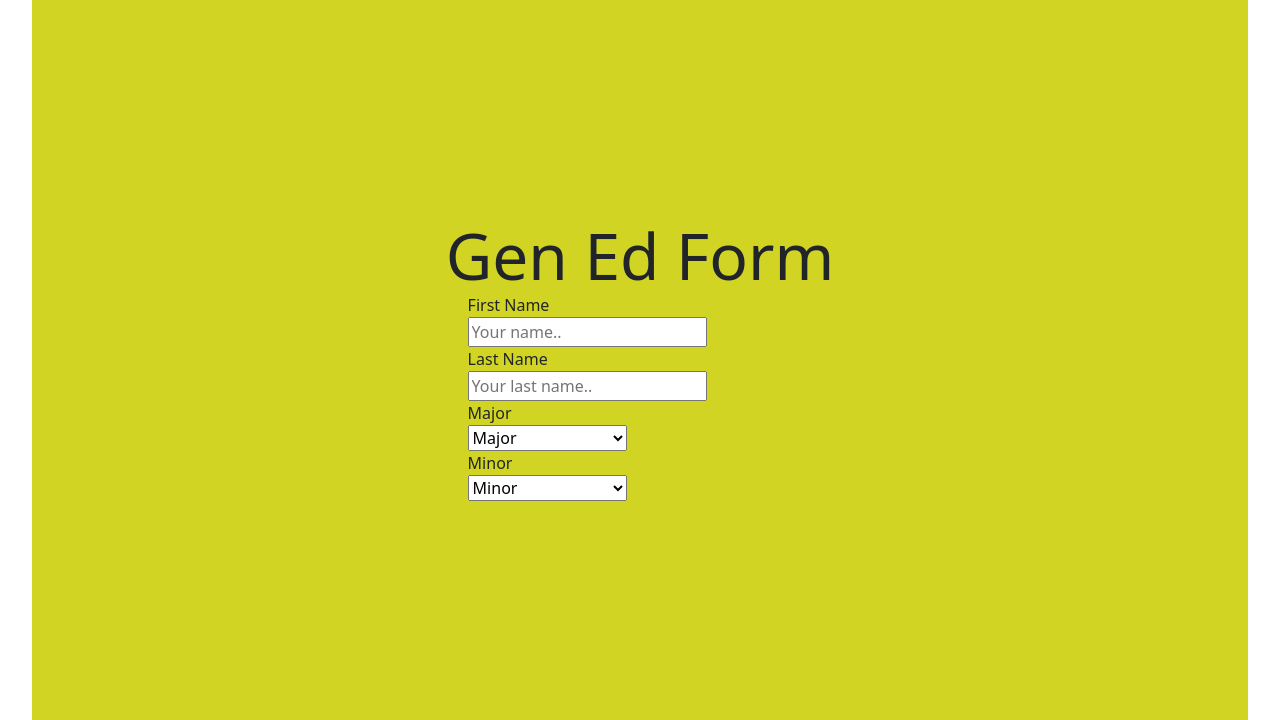
Repository: collegedude9300/zenschool
Page: /GenEd
An editor plug-in stored every save of this project. The page is shown before and after the next save, followed by the edit.
The browser window is 1280 px wide. The pictures show the whole page.
The project was rebuilt for these pictures with package versions that can differ from the ones it lists, and the page was loaded fresh each time. The framework's server and built-in components were replaced by stand-ins that run in the browser. Also part of the build but not shown: next.config.js.

Above is the page before, as saved 2022-10-27 15:45:33.

### pages/GenEd.js
import Head from 'next/head'
import Image from 'next/image'
import styles from '../styles/Home.module.css'
import 'bootstrap/dist/css/bootstrap.css'
export default function GenEd() {
return  (


<div className={styles.container}>
<Head>
<title>Gen Ed Form</title>
<meta name="description" content="Gen Ed Form" />
<link rel="icon" href="/favicon.png" />
</Head>
<main className={styles.main}>
<h1 className={styles.title}>
Gen Ed Form
</h1>
<div className={styles.grid}>
<div className="container">
<div className="row">
<div className="col-25">
<label for="fname">First Name</label>
</div>
<div className="col-75">
<input type="text" id="fname" name="firstname" placeholder="Your name.."/>
</div>
</div>
<div className="row">
<div className="col-25">
<label for="lname">Last Name</label>
</div>
<div className="col-75">
<input type="text" id="lname" name="lastname" placeholder="Your last name.."/>
</div>
</div>
<div className="row">
<div className="col-25">
<label for="major">Major</label>
</div>
<div className="col-75">
<select id="major" name="major">
<option value="Major">Major</option>
<option value="Computer Science">Computer Science</option>
<option value="English">English</option>
<option value="Mathematics">Mathematics</option>
<option value="Biology">Biology</option>
<option value="Chemistry">Chemistry</option>
<option value="Physics">Physics</option>
<option value="Psychology">Psychology</option>
<option value="Business">Business</option>
<option value="History">History</option>
<option value="Political Science">Political Science</option>
<option value="Sociology">Sociology</option>
<option value="Law">Law</option>
<option value="Education">Education</option>
<option value="Theater">Theater</option>
<option value="Art">Art</option>
<option value="Music">Music</option>
<option value="Film">Film</option>
<option value="Other">Other</option>
</select>
</div>
</div>
<div className="row">
<div className="col-25">
<label for="minor">Minor</label>
</div>
<div className="col-75">
<select id="minor" name="minor">
<option value="Minor">Minor</option>
<option value="Computer Science">Computer Science</option>
<option value="English">English</option>
</select>
</div>
</div>
</div>
</div>
</main>
</div>
)}

### styles/Home.module.css
.container {
  padding: 0 2rem;
}

.main {
  min-height: 100vh;
  padding: 4rem 0;
  flex: 1;
  display: flex;
  flex-direction: column;
  justify-content: center;
  align-items: center;
  background-color: #d1d422;
}

.footer {
  display: flex;
  flex: 1;
  padding: 2rem 0;
  border-top: 1px solid #eaeaea;
  justify-content: center;
  align-items: center;
}

.footer a {
  display: flex;
  justify-content: center;
  align-items: center;
  flex-grow: 1;
}

.title a {
  color: #0070f3;
  text-decoration: none;
}

.title a:hover,
.title a:focus,
.title a:active {
  text-decoration: underline;
}

.title {
  margin: 0;
  line-height: 1.15;
  font-size: 4rem;
}

.title,
.description {
  text-align: center;
}

.description {
  margin: 4rem 0;
  line-height: 1.5;
  font-size: 1.5rem;
}

.code {
  background: #fafafa;
  border-radius: 5px;
  padding: 0.75rem;
  font-size: 1.1rem;
  font-family: Menlo, Monaco, Lucida Console, Liberation Mono, DejaVu Sans Mono,
    Bitstream Vera Sans Mono, Courier New, monospace;
}

.grid {
  display: flex;
  align-items: center;
  justify-content: center;
  flex-wrap: wrap;
  max-width: 800px;
}

.card {
  margin: 1rem;
  padding: 1.5rem;
  text-align: left;
  color: inherit;
  text-decoration: none;
  border: 1px solid #eaeaea;
  border-radius: 10px;
  transition: color 0.15s ease, border-color 0.15s ease;
  max-width: 300px;
}

.card:hover,
.card:focus,
.card:active {
  color: #0070f3;
  border-color: #0070f3;
}

.card h2 {
  margin: 0 0 1rem 0;
  font-size: 1.5rem;
}

.card p {
  margin: 0;
  font-size: 1.25rem;
  line-height: 1.5;
}

.logo {
  height: 1em;
  margin-left: 0.5rem;
}

@media (max-width: 600px) {
  .grid {
    width: 100%;
    flex-direction: column;
  }
}

@media (prefers-color-scheme: dark) {
  .card,
  .footer {
    border-color: #222;
  }
  .code {
    background: #111;
  }
  .logo img {
    filter: invert(1);
  }
}

Loaded but not shown: pages/_app.js (common file); styles/globals.css (common file)

After the next save:
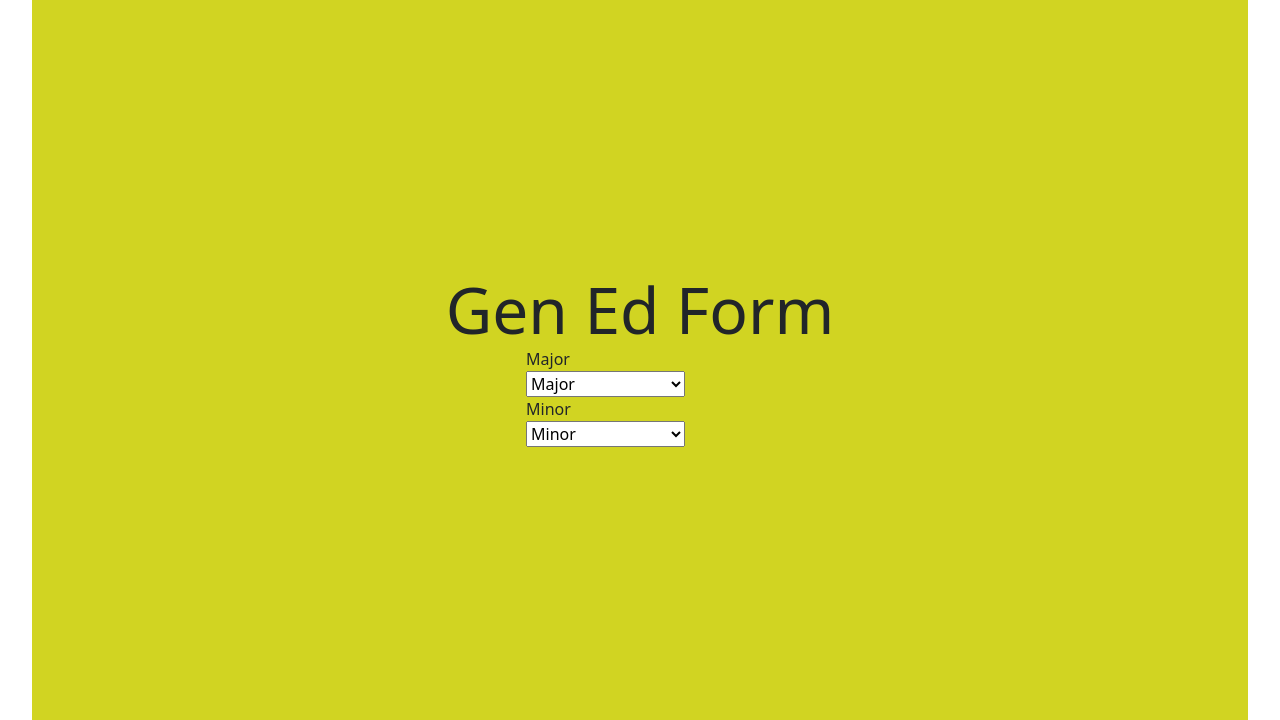
Saved 75 s later.
--- a/pages/GenEd.js
+++ b/pages/GenEd.js
@@ -4,8 +4,6 @@ import styles from '../styles/Home.module.css'
 import 'bootstrap/dist/css/bootstrap.css'
 export default function GenEd() {
 return  (
-
-
 <div className={styles.container}>
 <Head>
 <title>Gen Ed Form</title>
@@ -18,22 +16,6 @@ Gen Ed Form
 </h1>
 <div className={styles.grid}>
 <div className="container">
-<div className="row">
-<div className="col-25">
-<label for="fname">First Name</label>
-</div>
-<div className="col-75">
-<input type="text" id="fname" name="firstname" placeholder="Your name.."/>
-</div>
-</div>
-<div className="row">
-<div className="col-25">
-<label for="lname">Last Name</label>
-</div>
-<div className="col-75">
-<input type="text" id="lname" name="lastname" placeholder="Your last name.."/>
-</div>
-</div>
 <div className="row">
 <div className="col-25">
 <label for="major">Major</label>
